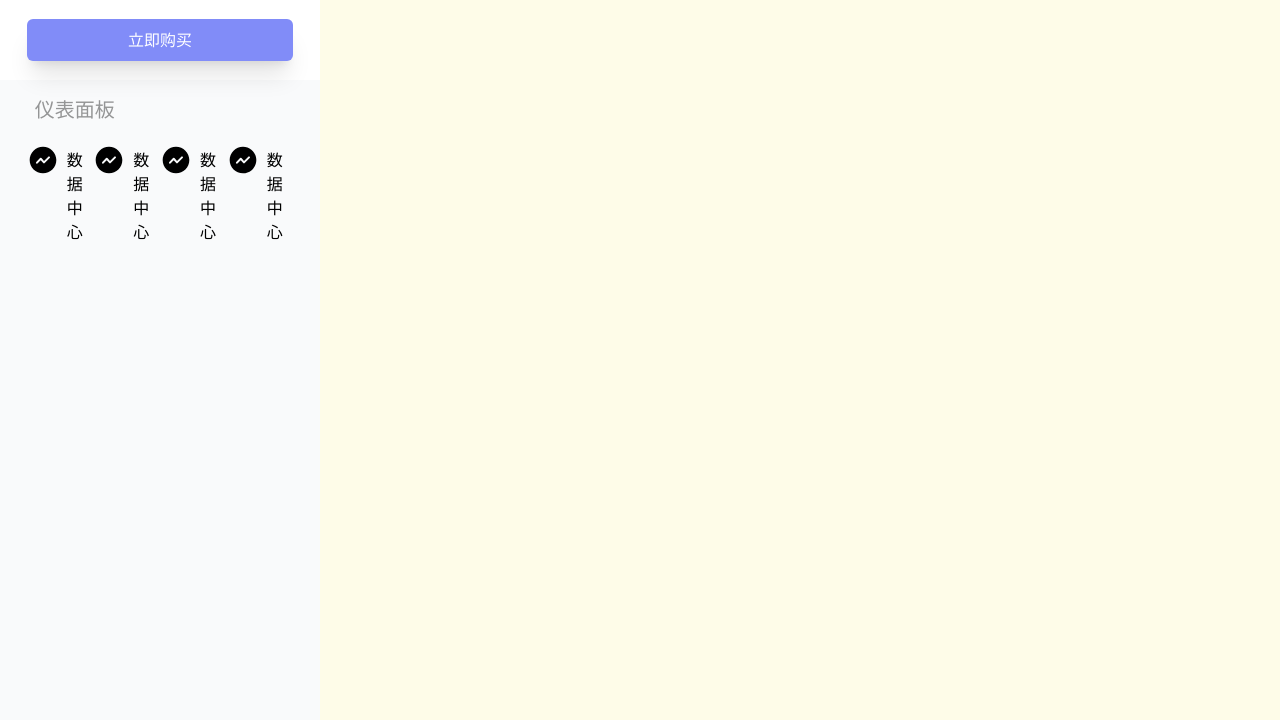
Repository: LiuRuohui/useWater
Page: /
These files come from the project's save history. The page is drawn as it stood at one moment and after the next save; the edit follows.
The browser window is 1280 px wide. The pictures show the whole page.
The project was rebuilt for these pictures with package versions that can differ from the ones it lists, and the page was loaded fresh each time. Also part of the build but not shown: vite.config.js.

Above is the page before, as saved 2022-04-06 09:16:06.

### src/App.vue
<script setup>
import HelloWorld1 from './components/HelloWorld.vue';
</script>

<template>
  <HelloWorld1></HelloWorld1>
</template>

<style>
</style>

### src/index.css
@tailwind base;
@tailwind components;
.inputFrame {
    @apply appearance-none rounded-none relative block w-full px-3 py-2 border border-gray-300 placeholder-gray-500 text-gray-900
}

.inputFrame:focus {
    @apply outline-none border-indigo-500 z-10 inline-block px-5 py-3 rounded-lg shadow-lg
}

.btn {
    @apply relative flex w-full justify-center py-2 border border-transparent font-medium rounded-md text-white bg-indigo-400
}

.btn:hover {
    @apply bg-indigo-500
}

.btn:focus {
    @apply outline-none ring-2 ring-offset-2 ring-indigo-400
}

@tailwind utilities;

### src/components/HelloWorld.vue
<script setup>

</script>

<template>
<div class="w-full h-screen flex flex-row">
  <div class="w-1/4 h-screen justify-center items-center flex flex-col">
    <div class="w-full h-20 justify-center items-center flex">
        <div class="w-5/6">
            <button class="btn text-white justify-center items-center shadow-xl">立即购买</button>
        </div>
    </div>
    <div class="w-full flex flex-grow bg-gray-50 justify-center">
        <div class="w-5/6 pt-4 flex flex-col">
            <div class="h-8 text-xl opacity-40 pl-2">仪表面板</div>
            <div class="mt-4 flex flex-grow">
                <div class="flex flex-row">
                  <img src="../assets/数据.svg" alt="" class="h-8">
                  <div class="pl-2 pt-1">数据中心</div>
                </div>
                <div class="flex flex-row">
                  <img src="../assets/数据.svg" alt="" class="h-8">
                  <div class="pl-2 pt-1">数据中心</div>
                </div>
                <div class="flex flex-row">
                  <img src="../assets/数据.svg" alt="" class="h-8">
                  <div class="pl-2 pt-1">数据中心</div>
                </div>
                <div class="flex flex-row">
                  <img src="../assets/数据.svg" alt="" class="h-8">
                  <div class="pl-2 pt-1">数据中心</div>
                </div>
            </div>
        </div>
    </div>
  </div>
  <div class="flex flex-grow bg-yellow-50">

  </div>
</div>
</template>

<style scoped>

</style>

### tailwind.config.js
module.exports = {
    content: [
        "./index.html",
        "./src/**/*.{vue,js,ts,jsx,tsx}",
    ],
    theme: {
        extend: {},
    },
    variants: {
        backgroundColor: ['responsive', 'hover', 'focus', 'active']
    },
    plugins: [],
}

Loaded but not shown: index.html (common file); src/main.js (common file)

After the next save:
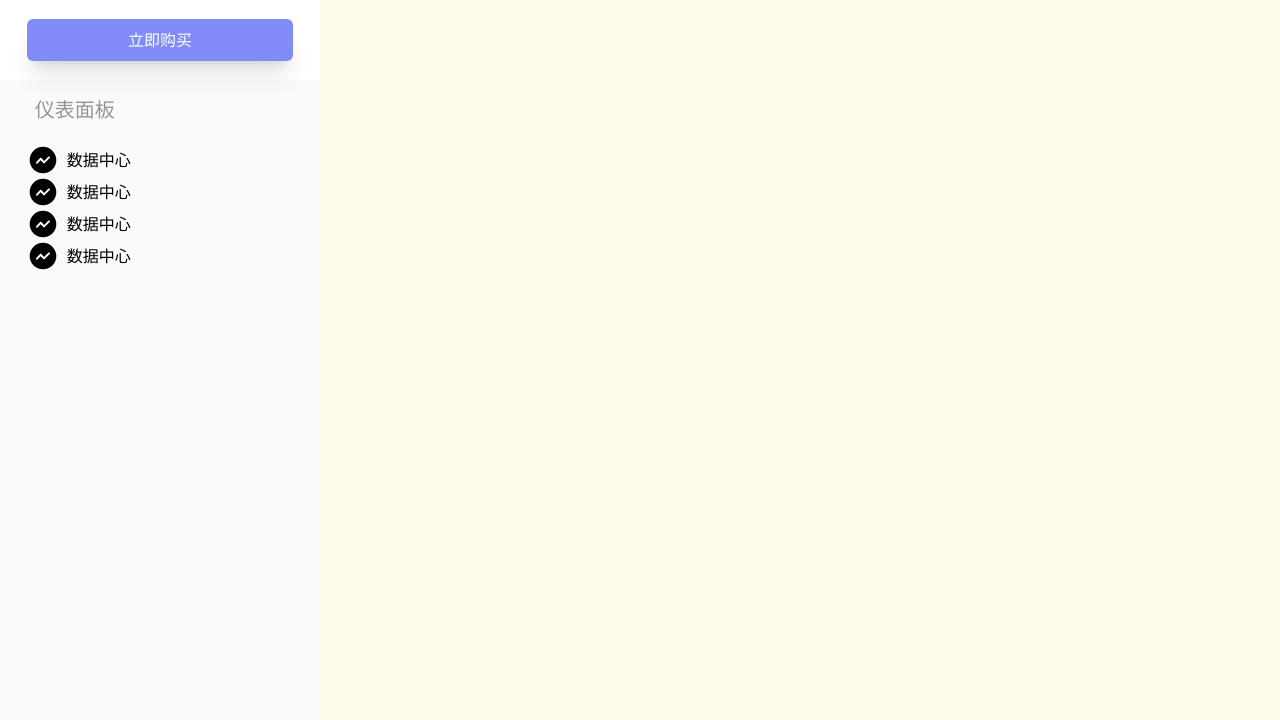
Saved 11 s later.
--- a/src/components/HelloWorld.vue
+++ b/src/components/HelloWorld.vue
@@ -13,7 +13,7 @@
     <div class="w-full flex flex-grow bg-gray-50 justify-center">
         <div class="w-5/6 pt-4 flex flex-col">
             <div class="h-8 text-xl opacity-40 pl-2">仪表面板</div>
-            <div class="mt-4 flex flex-grow">
+            <div class="mt-4 flex flex-grow flex-col">
                 <div class="flex flex-row">
                   <img src="../assets/数据.svg" alt="" class="h-8">
                   <div class="pl-2 pt-1">数据中心</div>
